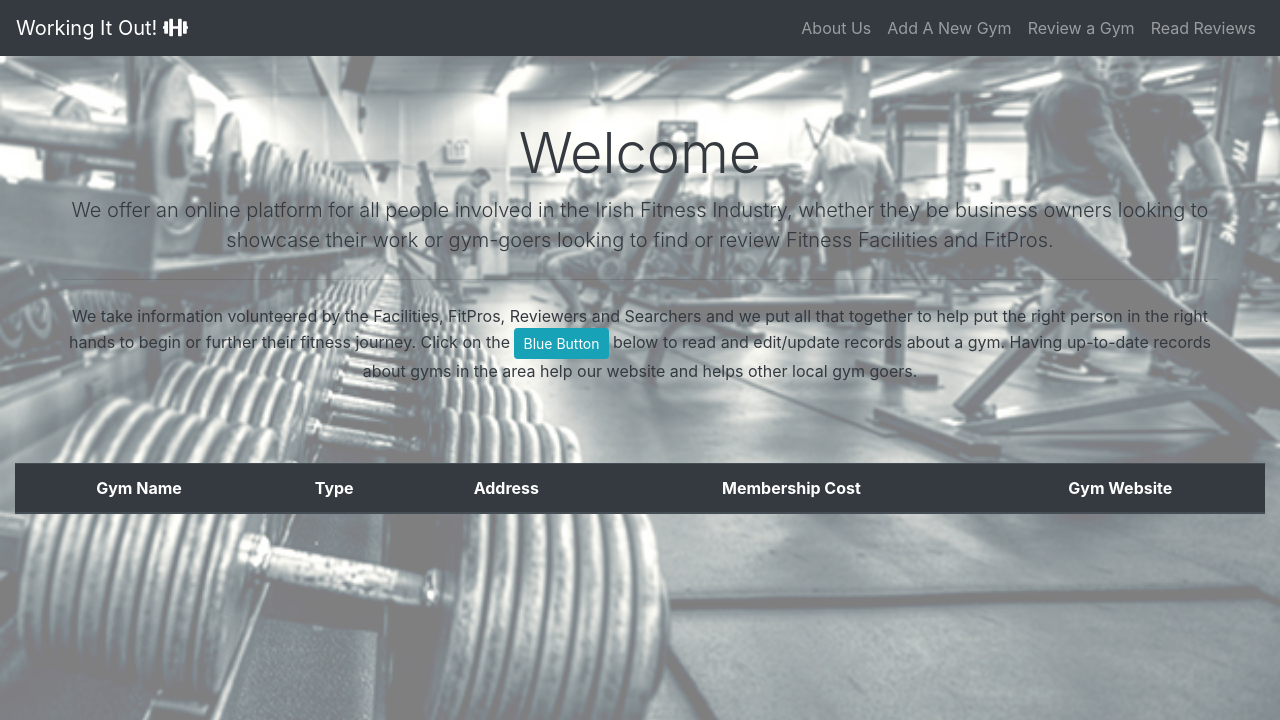
Repository: cgaynor91/Working_It_Out
Page: http://localhost/
The author's editor kept a record of every edit. The page is drawn from the files as they stood at one moment, then again after the next edit.
The browser window is 1280 px wide. The pictures show the whole page.
Some web libraries are served in a nearby version. The page is served by the project's application, run on Flask 3 (app.py). Queries for data that is not in the repository find no rows.

Above is the page before.

### templates/home.html
{% extends 'base.html'%} {% block content %}

<div class="container-fluid">

 <div class="row-welcome justify-content-center">
  <div class="col-12 text-dark">
   <div class="jumbotron">
    <h1 class="display-4">Welcome</h1>
    <p class="lead">We offer an online platform for all people involved in the Irish Fitness Industry, whether they be business owners looking to showcase their work or gym-goers looking to find or review Fitness Facilities and FitPros.</p>
    <hr class="my-4">
    <p>We take information volunteered by the Facilities, FitPros, Reviewers and Searchers and we put all that together to help put the right person in the right hands to begin or further their fitness journey. Click on the <button type="button" class="btn btn-info btn-sm">Blue Button</button>     below to read and edit/update records about a gym. Having up-to-date records about gyms in the area help our website and helps other local gym goers.</p>
   </div>
  </div>
 </div>



 <!-- Table of gym Data -->
 <div class="row justify-content-center">
  <div class="col-12 col-md-8 table-responsive table-data">
   <table class="table table-hover">
    <thead class="thead-dark">
     <tr>
      <th scope="col">Gym Name</th>
      <th scope="col">Type</th>
      <th scope="col">Address</th>
      <th scope="col">Membership Cost</th>
      <th scope="col">Gym Website</th>
     </tr>
    </thead>
    <tbody>

     {% for gym in gyms %}
     <tr>
      <td><a class="btn btn-info btn-sm" href="{{url_for('edit_gym', gym_id=gym._id)}}" role="button">{{gym.gym_name}}</a></td>
      <td>{{gym.gym_type}}</td>
      <td>{{gym.gym_address}}</td>
      <td>{{gym.cost}}</td>
      <td>{{gym.gym_url}}</td>
     </tr>
     {% endfor %}
    </tbody>
   </table>

  </div>
  {% endblock %}

### templates/base.html
<!DOCTYPE html>
<html>

<head>
    <link rel="stylesheet" href="https://stackpath.bootstrapcdn.com/bootstrap/4.4.1/css/bootstrap.min.css">
    <link rel="stylesheet" href="https://cdnjs.cloudflare.com/ajax/libs/font-awesome/5.12.0/css/all.min.css" />
    <link rel="stylesheet" href="{{ url_for('static', filename='css/style.css') }}" type="text/css" />
    <title>Working It Out!</title>
</head>

<body>
    <header>
        <!-- Navbar taken from Bootstrap -->
        <nav class="navbar navbar-expand-md navbar-dark bg-dark home-logo-text">
            <a class="navbar-brand" href="{{url_for('get_gyms')}}">Working It Out! <i
                    class="fas fa-dumbbell"></i></a>
            <button class="navbar-toggler" type="button" data-toggle="collapse" data-target="#navbarNavAltMarkup" aria-controls="navbarNavAltMarkup" aria-expanded="false" aria-label="Toggle navigation">
                <span class="navbar-toggler-icon"></span>
            </button>
            <div class="collapse navbar-collapse" id="navbarNavAltMarkup">
                <div class="navbar-nav ml-auto">
                    <a class="nav-item nav-link" href="{{url_for('about')}}">About Us</a>
                    <a class="nav-item nav-link" href="{{url_for('add_new_gym')}}">Add A New Gym</a>
                    <a class="nav-item nav-link" href="{{url_for('gym_review')}}">Review a Gym</a>
                    <a class="nav-item nav-link" href="{{url_for('read_review')}}">Read Reviews</a>


                </div>
            </div>

        </nav>
    </header>

    <!-- Background image -->
    <div class="container-fluid bg"></div>


                {% block content %} {% endblock %}



    <script src="https://code.jquery.com/jquery-3.4.1.slim.min.js"></script>
    <script src="https://cdn.jsdelivr.net/npm/popper.js@1.16.0/dist/umd/popper.min.js"></script>
    <script src="https://stackpath.bootstrapcdn.com/bootstrap/4.4.1/js/bootstrap.min.js"></script>
</body>

</html>

### app.py
import os
from flask import Flask, render_template, redirect, request, url_for
from flask_pymongo import PyMongo
from bson.objectid import ObjectId

app = Flask(__name__)
app.config["MONGO_DBNAME"] = 'working_it_out'
app.config["MONGO_URI"] = os.getenv('MONGO_URI')

mongo = PyMongo(app)


@app.route('/')
@app.route('/get_gyms')
def get_gyms():
    return render_template("home.html", gyms=mongo.db.gyms.find())

@app.route("/about")
def about():
    return render_template("about.html")


@app.route("/add_new_gym")
def add_new_gym():
    return render_template("add_gym.html")

# Sends the data that the user inserts to the database

@app.route("/insert_gym", methods=['POST'])
def insert_gym():
    gym = mongo.db.gyms
    gym.insert_one(request.form.to_dict())
    return redirect(url_for('get_gyms'))


# Allows user to update information about a gym

@app.route("/edit_gym/<gym_id>")
def edit_gym(gym_id):
    the_gym = mongo.db.gyms.find_one({"_id": ObjectId(gym_id)})
    return render_template("update_gym.html", gym=the_gym)

@app.route("/update_gym/<gym_id>", methods=["POST"])
def update_gym(gym_id):
    gym = mongo.db.gyms
    gym.update({'_id': ObjectId(gym_id)}, {
        'gym_name' : request.form.get('gym_name'),
        'status' : request.form.get('gym_type'),
        'address' : request.form.get('gym_address'),
        'cost' : request.form.get('cost'),
        'gym_url' : request.form.get('gym_url')
    })
    return redirect(url_for('get_gyms'))

# Delete option for a user if they wish to delete a review they wrote or delete a review written by someone else that may be incorrect

@app.route("/delete_gym/<gym_id>")
def delete_gym(gym_id):
    mongo.db.gyms.remove({'_id': ObjectId(gym_id)})
    return redirect(url_for('get_gyms'))

@app.route("/leave_review")
def gym_review():
    return render_template("gym_review.html", gyms=mongo.db.gyms.find())

# Sends the data that the user inserts to the database

@app.route("/gym_review", methods=['POST'])
def insert_review():
    review = mongo.db.reviews
    review.insert_one(request.form.to_dict())
    return redirect(url_for('gym_review'))


@app.route("/read_review")
def read_review():
    return render_template("read_reviews.html", reviews=mongo.db.reviews.find())

if __name__ == '__main__':
    app.run(host=os.environ.get('IP'),
            port=int(os.environ.get('PORT')),
            debug=True)

### static/css/style.css
.body {
    margin: 0;
    padding: 0;
}

.container-fluid {
    text-align: center;
}


.container-fluid_reviews {
    text-align: left;
}

.display-3 {
    margin-top: 10px;
}

.welcome-para {
    margin-top: 0px;
}

.col-12 {
    -ms-flex: 0 0 100%;
    flex: 0 0 100%;
    max-width: 100%;
}

.bg {
    background-image: url(../images/bg-image.png);
    background-size: cover;
    height: 100%;
    overflow: hidden;
    position: fixed;
    width: 100%;
    opacity: 0.5;
    z-index: -1;
}

.jumbotron {
    background-color: transparent;
    margin-bottom: 0px;
}

.jumbo-text {
    color: #000;
    font-weight: bolder;
}

/*

After the next edit:
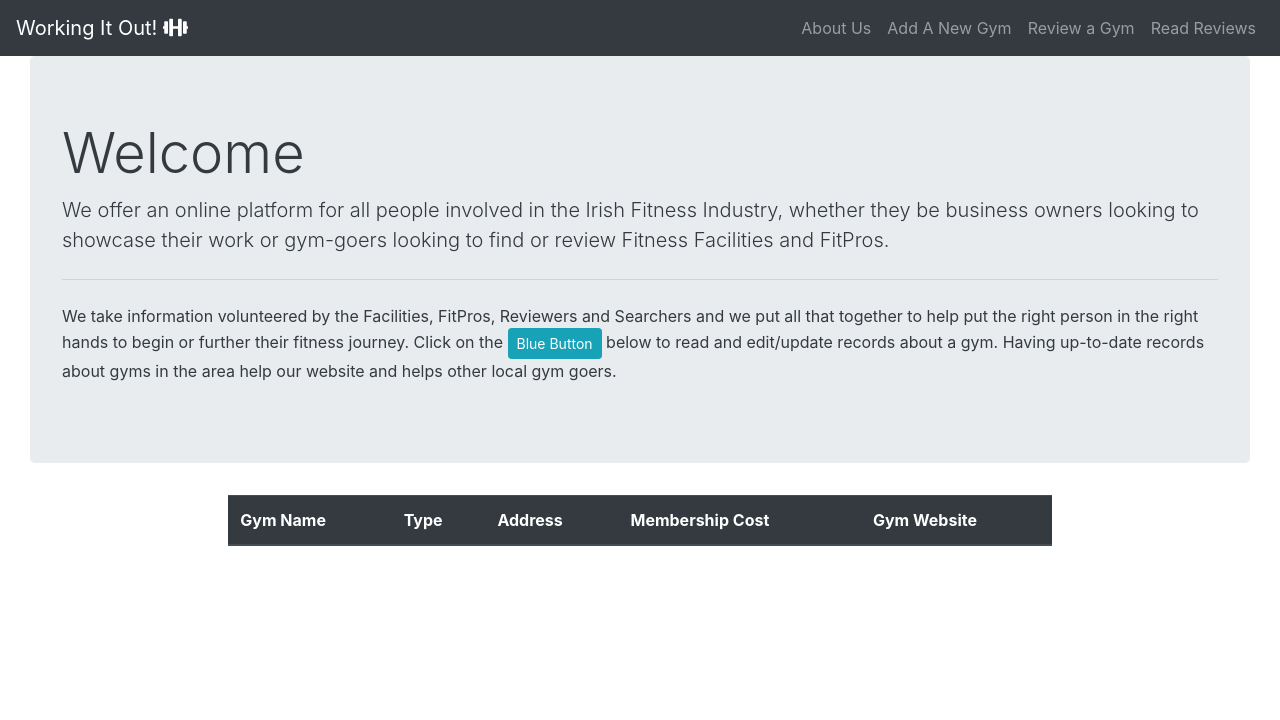
The edit:
--- a/static/css/style.css
+++ b/static/css/style.css
@@ -1,4 +1,4 @@
-.body {
+/*.body {
     margin: 0;
     padding: 0;
 }

After the edit that followed:
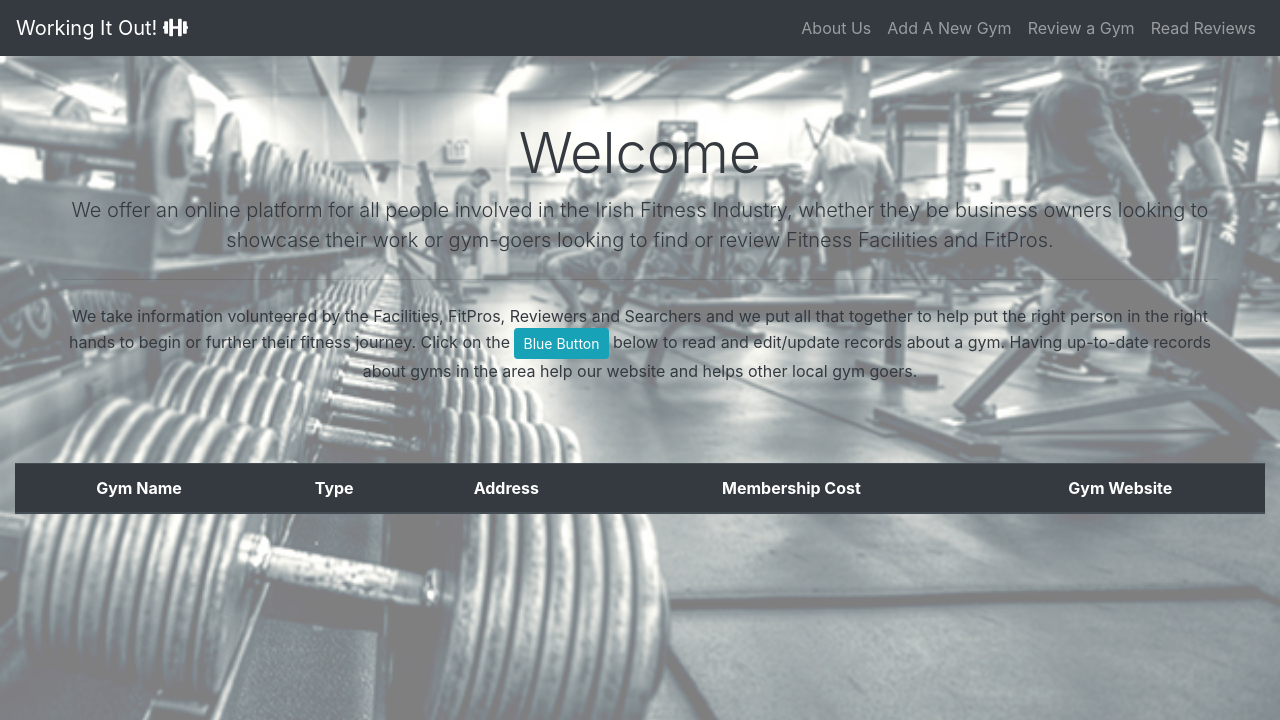
The edit:
--- a/static/css/style.css
+++ b/static/css/style.css
@@ -2,7 +2,7 @@
     margin: 0;
     padding: 0;
 }
-
+*/
 .container-fluid {
     text-align: center;
 }
